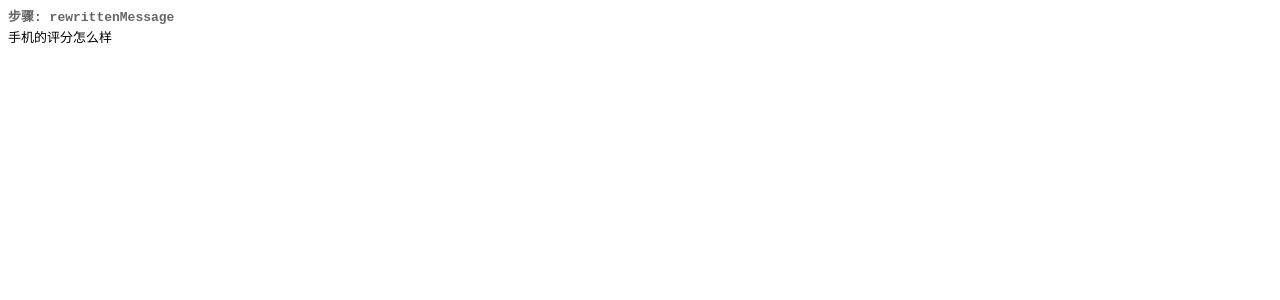
Repository: li-2019220129/test-editor
Page: index.html
These files come from the project's save history. The page is drawn as it stood at one moment and after the next save; the edit follows.
The browser window is 1280 px wide. The pictures show the whole page.

Above is the page before, as saved 2025-06-05 20:25:30.

After the next save:
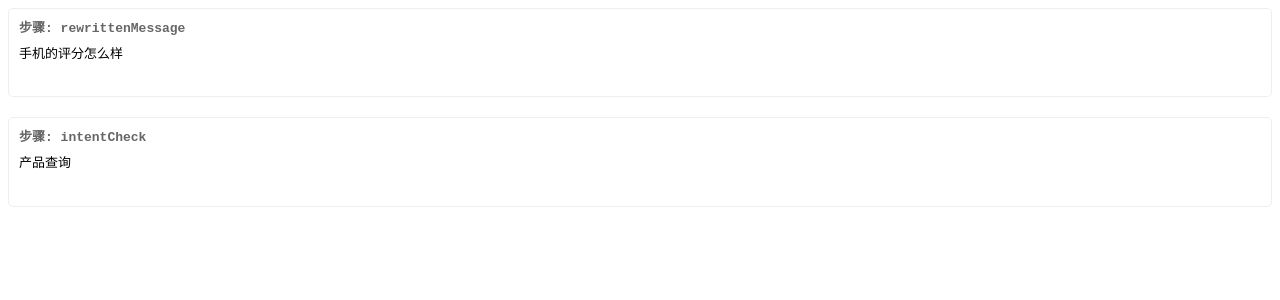
Saved 2 min 35 s later.
--- a/index.html
+++ b/index.html
@@ -23,53 +23,86 @@
     安抚还饿沙俄我日哦安慰后悔阿尔文然后五花肉为安徽让我i和啊我日哈我让毫无热火华为偶然好温柔好温柔和哈我而忽然。
     {"step":"finalSummary","phase":"end"}`;
 
-    // 拆分和解析JSON对象
-    const jsonLines = rawStr
-      .split("\n")
-      .map((line) => line.trim())
-      .filter((line) => line);
-    const parsedObjects = jsonLines.map((line) => {
-      try {
-        return JSON.parse(line);
-      } catch (e) {
-        console.error("解析错误:", e);
-        return { error: true, raw: line };
+    // 更准确的JSON解析函数
+    function parseJsonObjects(str) {
+      const results = [];
+      let buffer = "";
+      let inObject = false;
+      let braceCount = 0;
+
+      // 遍历每个字符
+      for (let char of str) {
+        if (char === "{") {
+          inObject = true;
+          braceCount++;
+        }
+
+        if (inObject) {
+          buffer += char;
+        }
+
+        if (char === "}") {
+          braceCount--;
+          if (braceCount === 0) {
+            try {
+              const parsed = JSON.parse(buffer);
+              results.push(parsed);
+            } catch (e) {
+              console.error("解析错误:", buffer);
+            }
+            buffer = "";
+            inObject = false;
+          }
+        }
       }
-    });
+      return results;
+    }
+
+    // 解析所有JSON对象
+    const parsedObjects = parseJsonObjects(rawStr);
+    console.log("解析结果:", parsedObjects);
 
     // 提取所有content内容
-    const contentArray = parsedObjects
-      .filter((obj) => obj && obj.content)
-      .map((obj) => ({
-        step: obj.step,
-        content: obj.content,
-      }));
-
-    console.log("所有content内容:", contentArray);
+    const contentArray = parsedObjects.filter((obj) => obj && obj.content);
+    console.log("Content内容:", contentArray);
 
     const output = document.getElementById("output");
-    output.innerHTML = ""; // 清空之前的内容
+    output.innerHTML = "";
+
+    // 格式化显示函数
+    function formatContent(content) {
+      // 处理分页标记
+      return content
+        .replace(/\[page \d+ (?:begin|end)\]/g, "")
+        .split("\n")
+        .filter((line) => line.trim())
+        .join("\n");
+    }
 
     // 打字效果函数
     async function typeText(text, container, delay = 30) {
-      for (let i = 0; i < text.length; i++) {
-        container.textContent += text[i];
+      const formattedText = formatContent(text);
+      for (let i = 0; i < formattedText.length; i++) {
+        container.textContent += formattedText[i];
         await new Promise((resolve) => setTimeout(resolve, delay));
       }
-      container.textContent += "\n\n"; // 段落间隔
+      container.textContent += "\n\n";
     }
 
-    // 修改渲染函数，添加步骤标签
+    // 渲染函数
     async function renderAll() {
       for (const item of contentArray) {
         const container = document.createElement("div");
         container.style.marginBottom = "20px";
+        container.style.padding = "10px";
+        container.style.border = "1px solid #eee";
+        container.style.borderRadius = "5px";
 
-        // 添加步骤标签
         if (item.step) {
           const stepLabel = document.createElement("div");
           stepLabel.style.fontWeight = "bold";
           stepLabel.style.color = "#666";
+          stepLabel.style.marginBottom = "5px";
           stepLabel.textContent = `步骤: ${item.step}`;
           container.appendChild(stepLabel);
         }
@@ -84,5 +117,4 @@
 
     renderAll();
   </script>
-  <script></script>
 </html>
